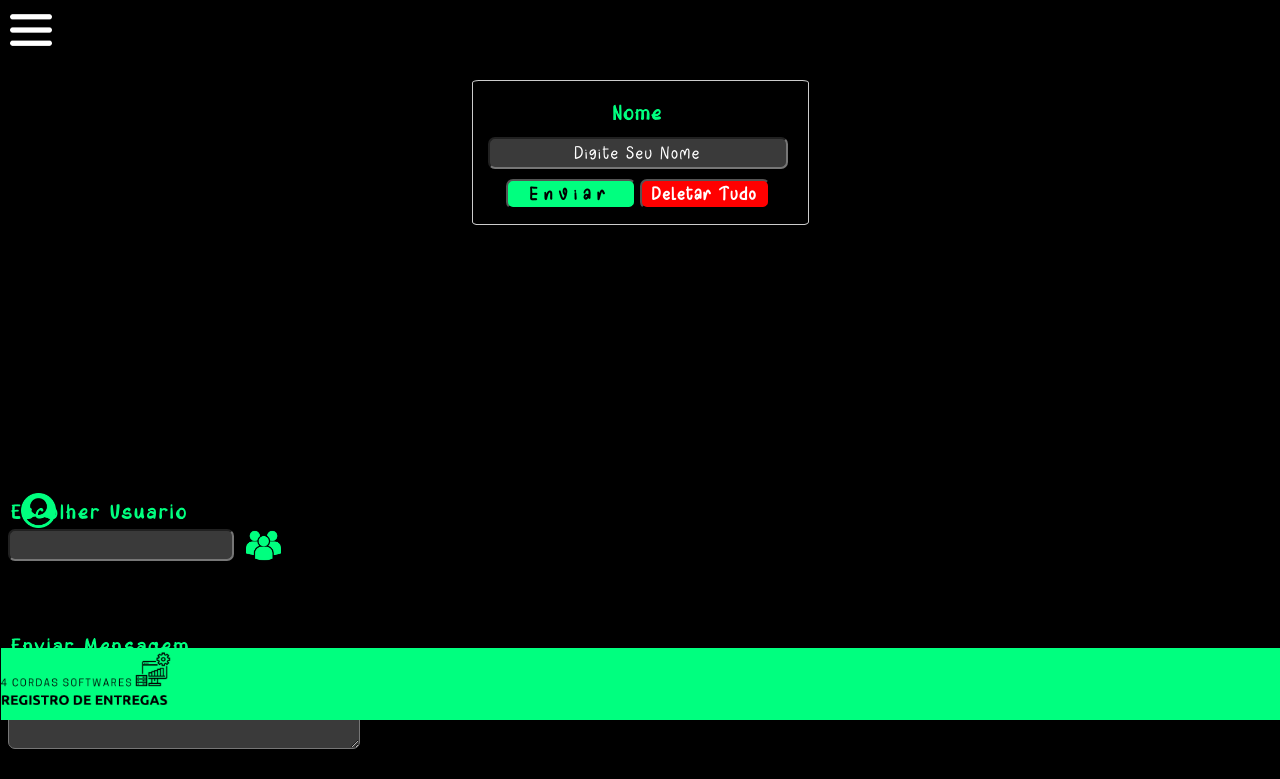
Repository: alfredo-allan/relatorioentregas
Page: pages/chatapp.html
An editor plug-in stored every save of this project. The page is shown before and after a run of saves, followed by the edit.
The browser window is 1280 px wide. The pictures show the whole page.
The page's requests for data from a server got no answer.

Above is the page before, as saved 2024-05-16 22:11:13.
Console error: TypeError: Cannot read properties of null (reading 'addEventListener')

### pages/chatapp.html
<!DOCTYPE html>
<html lang="pt-BR">
  <head>
    <meta charset="UTF-8" />
    <meta name="viewport" content="width=device-width, initial-scale=1.0" />
    <link rel="stylesheet" href="../style/mediaqueries.css" />
    <link rel="stylesheet" href="../style/styles.css" />
    <style>
      @media screen and (min-width: 800px) and (max-width: 2050px) {
        footer img {
          width: 170px;
          height: 60px;
        }
        /* Outros estilos específicos para resoluções entre 1900px e 3090px */
      }
      * {
        padding: 0;
      }

      footer {
        position: fixed;
        bottom: 0;
        width: 100%;
        background-color: #00ff7f;
        margin: 0;
        padding: 0;
        margin-left: -7px;
      }
      @media screen and (min-width: 300px) and (max-width: 600px) {
        footer {
          height: 6vh;
        }
      }

      @media screen and (min-width: 800px) and (max-width: 2050px) {
        #menu-options img {
          width: 206px;
          position: relative;
          margin: 13px;
          margin-top: -44px;
          border-bottom: 1px solid black; /* Adiciona uma linha preta na parte inferior da imagem */
        }
        #menu-options {
          width: 25%;
          height: 54vh;
        }
        footer {
          position: fixed;
          bottom: 0;
          width: 100%;
          background-color: #00ff7f;
          margin: 0;
          padding: 0;
          margin-left: -7px;
        }
      }
    </style>
    <link rel="icon" type="image/x-icon" href="../favicon.ico" />
    <title>ChatApp</title>
  </head>
  <body>
    <header id="ChatApp">
      <img id="menu-icon" src="../img/barra-de-menu.png" alt="" />
      <div id="menu-options">
        <ul>
          <span
            id="close-icon"
            style="
              color: black;
              position: absolute;
              line-height: 0;
              font-size: 30px;
              margin-top: -20px;
              cursor: pointer;
            "
            >X</span
          >
          <img src="../img/4 cordassof.png" alt="" />
          <br />
          <a href="../index.html"><li>Home</li></a>
          <a href="../cdsentregas.html"><li>Registrar Entrega</li></a>
          <a href="../pages/apagar.html"><li>Apagar Entrega</li></a>
          <a href="../pages/consultar.html"><li>Consultar Entregas</li></a>
          <a href="../pages/registrar.html"><li>Registar-Se</li></a>
          <a href="../pages/sobre.html"><li>Sobre a 4cordas</li></a>
          <a href="../pages/instrucao.html"><li>Ajuda</li></a>
        </ul>
      </div>
      <!-- <h1 id="textchat">Chat Entregas</h1> -->
      <!-- <img id="imgchat" src="../img/bater-papo.png" alt="" /> -->
    </header>
    <div id="myModal" class="modal">
      <div class="modal-content">
        <span class="close">&times;</span>
        <p>Mensagem Enviada Com Sucesso!</p>
      </div>
    </div>
    <div id="form">
      <div id="consulta" class="column">
        <span>Nome</span>
        <input id="nomeusuario" type="text" placeholder="Digite Seu Nome" />

        <div id="btns">
          <button id="enviarmsg">Enviar</button>
          <button id="delMsg">Deletar Tudo</button>
        </div>
      </div>
    </div>
    <div id="login">
      <br />
      <img id="utlizador" src="../img/do-utilizador.png" alt="" />
    </div>
    <span>Escolher Usuário</span>
    <ul></ul>
    <div id="usuarios"></div>
    <img id="multiUsu" src="../img/silhueta-de-multiplos-usuarios.png" alt="" />
    <br />
    <input id="lstUsu" type="text" />
    <div id="msgEnviar">
      <span>Enviar Mensagem</span> <br />
      <textarea
        placeholder="Enviar Menssagem Para Quem ?"
        id="enviarMsg"
        type="text"
      ></textarea>

      <!-- <img id="imgEnviarmsg" src="../img/enviar-mensagem.png" alt="" /> -->
    </div>
    <footer>
      <img src="../img/4 cordassof.png" alt="" />
    </footer>
    <script>
      const inputNomeUsuario = document.getElementById("nomeusuario");

      inputNomeUsuario.addEventListener("input", () => {
        const nomeUsuario = inputNomeUsuario.value;

        fetch(`http://192.168.10.20:8033/usuarios/${nomeUsuario}`)
          .then((response) => {
            if (response.ok) {
              return response.json();
            } else {
              throw new Error("Usuário não encontrado");
            }
          })
          .then((data) => {
            console.log("Usuário encontrado:", data);
          })
          .catch((error) => {
            console.error("Erro:", error);
          });
      });
    </script>

    // Adicione este script abaixo do botão 'Selecionar' no seu HTML

    <script>
      const buttonSelecionar = document.getElementById("ctsUsu");

      buttonSelecionar.addEventListener("click", () => {
        const nomeUsuario = document.getElementById("lstUsu").value;

        fetch(`http://192.168.10.20:8033/usuarios/${nomeUsuario}`)
          .then((response) => {
            if (response.ok) {
              return response.json();
            } else {
              throw new Error("Usuário não encontrado");
            }
          })
          .then((data) => {
            console.log("Destinatário encontrado:", data);
          })
          .catch((error) => {
            console.error("Erro:", error);
          });
      });
    </script>

    // Adicione este script abaixo do botão 'Enviar' no seu HTML

    <script>
      const buttonEnviar = document.getElementById("enviarmsg");

      buttonEnviar.addEventListener("click", () => {
        const sender = document.getElementById("nomeusuario").value;
        const recipient = document.getElementById("lstUsu").value;
        const message = document.getElementById("enviarMsg").value;

        fetch("http://192.168.10.20:8033/enviar-mensagem", {
          method: "POST",
          headers: {
            "Content-Type": "application/json",
          },
          body: JSON.stringify({
            sender_username: sender,
            recipient_username: recipient,
            message: message,
          }),
        })
          .then((response) => {
            if (response.ok) {
              console.log("Mensagem enviada com sucesso");
            } else {
              throw new Error("Erro ao enviar mensagem");
            }
          })
          .catch((error) => {
            console.error("Erro:", error);
          });
      });
    </script>
    <script>
      let isTyping = false;

      // Função para verificar se o usuário está digitando
      function checkTyping() {
        const inputField = document.getElementById("enviarMsg");
        inputField.addEventListener("input", () => {
          isTyping = inputField.value.length > 0;
        });
      }

      function monitorNewMessages() {
        const nomeUsuario = document.getElementById("nomeusuario").value;

        // Lógica para buscar novas mensagens do servidor e inserir no campo msgEnviar
        fetch(`http://192.168.10.20:8033/mensagens/${nomeUsuario}`)
          .then((response) => {
            if (response.ok) {
              return response.json();
            } else {
              throw new Error("Erro ao buscar novas mensagens");
            }
          })
          .then((data) => {
            const messages = data; // Não precisamos acessar data.messages, pois a resposta do servidor já é uma lista de mensagens
            const msgEnviar = document.getElementById("msgEnviar");
            msgEnviar.innerHTML = ""; // Limpar mensagens antigas antes de adicionar as novas

            messages.forEach((message) => {
              const p = document.createElement("p");
              p.textContent = message.message; // A mensagem está no campo "message" do objeto de mensagem
              msgEnviar.appendChild(p);
            });
          })
          .catch((error) => {
            console.error("Erro ao buscar novas mensagens:", error);
          });
      }

      document.addEventListener("DOMContentLoaded", () => {
        monitorNewMessages();
      });

      // Adicionar esta função para limpar o campo de entrada após o envio de mensagem
      function limparCampoDeMensagem() {
        document.getElementById("enviarMsg").value = "";
      }
    </script>
    <script src="../script.js"></script>
  </body>
</html>

### style/mediaqueries.css
@media screen and (min-width: 300px) and (max-width: 600px) {
  footer {
    bottom: 0;
    img {
      display: none;
    }
    /* Outros estilos específicos para resoluções entre 1900px e 3090px */
  }

  @media screen and (min-width: 800px) and (max-width: 2050px) {
    footer img {
      width: 170px;
      height: 60px;
    }
  }
}

  @media screen and (min-width: 800px) and (max-width: 2050px) {
    #close-icon {
      margin-left: 250px;
    }
  }


@media screen and (min-width: 300px) and (max-width: 600px) {
  footer {
    height: 6vh;
    margin: 0;
    padding: 0;
    margin-top: 174px;
    position: absolute;
    width: 100%;
    margin-left: -7px;
  }
  #menu-options img {
    margin-top: -40px;
    border-bottom: 1px solid black; /* Adiciona uma linha preta na parte inferior da imagem */
    width: 210px;
  }
  #close-icon {
    margin-left: 224px;
  }
}

### style/styles.css
:root {
  --las-americas: "Las-americas", sans-serif;
  --gribble-font: "Gribble";
  --helootwuins-font: "HelooTwuins";
  --verde--color: #00ff7f;
}

body {
  background-color: black;
}

@font-face {
  font-family: "Las-americas";
  src: url("../fonts/las_americas/LasAmericas_PERSONAL_USE_ONLY.otf")
    format("truetype");
  /* Adicione mais formatos (e.g. woff, woff2) conforme necessário */
}

@font-face {
  font-family: "Gribble";
  src: url("../fonts/gribble/Gribble.ttf") format("truetype");
  /* Adicione mais formatos (e.g. woff, woff2) conforme necessário */
}

@font-face {
  font-family: "HelooTwuins";
  src: url("../fonts/hello_twins/HelloTwinsDEMO.otf") format("truetype");
  /* Adicione mais formatos (e.g. woff, woff2) conforme necessário */
}

header {
  img {
    width: 42px;
    margin-right: 14px;
    text-wrap: nowrap;
  }
}

footer {
  width: 100%;
  height: 10vh;
  background-color: #00ff7f;
  margin: 0;
  padding: 0;
}

img #menu-icon {
  margin-right: 20px;
  margin-left: -1%;
}

#text-top {
  text-align: center;
  font-family: var(--las-americas);
  color: white;
  letter-spacing: 1.2px;
  margin-top: 30px;
  font-size: 40px;
}

#delivery {
  color: red;
  font-family: var(--gribble-font);
  letter-spacing: 3px;
  font-size: 25px;
  font-weight: 900;
  color: var(--verde--color);
}

.column {
  display: flex;
  flex-direction: column;
  align-items: center;
  padding: 10px 20px 15px 15px;
  border: 1px solid #ccc;
  border-radius: 2%;
  width: 300px;
  margin: 0 auto;
  margin-top: -100px;
}

#form {
  border-radius: 2%;
  margin-top: 110px;
  margin-bottom: 250px;
  span {
    color: #00ff7f;
    font-family: var(--gribble-font);
    font-size: 20px;
    letter-spacing: 2px;
    font-weight: 600;
  }
}

input {
  text-align: center;
  margin-bottom: 5px;
  padding: 5px;
  width: 100%;
  box-sizing: border-box;
  font-weight: 600;
  margin-bottom: 10px;
  background-color: rgba(255, 255, 255, 0.226);
  color: white;
  font-family: var(--helootwuins-font);
  letter-spacing: 2px;
  font-size: 18px;
  border-radius: 7px;
}

input::placeholder {
  text-align: center;
  color: white;
  font-family: var(--helootwuins-font);
  font-weight: 400;
  font-size: 18px;
}

button {
  width: 130px;
  height: 30px;
  border-radius: 2%;
  background-color: var(--verde--color);
  font-family: var(--helootwuins-font);
  font-size: 18px;
  letter-spacing: 7px;
  font-weight: 900;
  border-radius: 7px;
}

#confirmButton {
  margin-left: 8px;
  margin-right: 20px;
}

#menu-icon {
  cursor: pointer;
  margin: 15px;
  margin-left: 2px;
  margin-top: 1px;
}

#menu-options {
  text-wrap: nowrap;
  display: none;
  position: absolute;
  top: 0;
  left: 0;
  margin-top: 0px;
  width: 70%;
  height: 70vh;
  background-color: #00ff7f;
  color: white;
  font-family: var(--gribble-font);
  font-weight: 900;
  border-bottom-right-radius: 10%;
  color: black;
  letter-spacing: 2px;
  z-index: 999;
  li {
    margin-top: 3px;
  }
}

a {
  text-decoration: none; /* Remove o sublinhado */
  color: black;
}

#menu-options ul {
  list-style: none;
  padding: 0;
  margin-left: 10px;
  font-size: 20px;
  margin-top: 40px;
}

#menu-options ul li {
  padding: 10px;
  /* margin: 10px; */
  text-wrap: nowrap;
  /* border-bottom: 1px solid white; */
}

#modal {
  background: black;
  text-align: center;
}

.modal {
  display: none; /* Escondido por padrão */
  position: fixed;
  z-index: 1;
  left: 0;
  top: 0;
  width: 100%;
  height: 100%;
  overflow: auto;
  background-color: rgba(0, 0, 0, 0.4);
}

.modal-content {
  background-color: #fefefe;
  margin: 15% auto;
  padding: 20px;
  border: 2px solid #888;
  width: 80%;
  border-radius: 10px;
  background-color: black;
  p {
    margin-top: 30px;
    text-align: left;
    text-wrap: nowrap;
    font-family: var(--gribble-font);
    letter-spacing: 3px;
    font-weight: 600;
    font-size: 20px;
    color: var(--verde--color);
  }
}

.close {
  color: #aaa;
  float: right;
  font-size: 28px;
  font-weight: bold;
}

.close:hover,
.close:focus {
  color: black;
  text-decoration: none;
  cursor: pointer;
}

#data-list {
  margin: 0 auto;
  left: 50%;
  transform: translateX(-50%);
  margin: 0 auto;
  left: 50%;
  top: 60%;
  transform: translate(-50%, -50%);
  /* border: 1px solid var(--cor-azul); */
  color: var(--verde--color);
  border-radius: 5px;
  height: 340px;
  overflow-y: auto;
  position: absolute;
  z-index: -1;
  margin-top: 110px;
  margin-left: 0px;
  width: 336px;
  list-style: none;
  .name {
    font-family: var(--helootwuins-font);
    font-weight: 900;
    font-size: 20px;
    letter-spacing: 1px;
  }
  .item {
    font-family: var(--helootwuins-font);
    font-weight: 500;
    font-size: 20px;
    color: white;
    letter-spacing: 1px;
  }
}

#data-list {
  width: 340px;
  height: 180px;
  overflow: auto;
  /* border: 1px solid black; */
  /* scrollbar-color: var(--verde--color) var(--verde--color); */
}

#data-list img {
  width: 25px;
  margin-left: 15px;
  margin-right: 0px;
}

#data-list::-webkit-scrollbar {
  width: 10px; /* Largura da barra de rolagem */
}

#data-list::-webkit-scrollbar-thumb {
  background-color: white; /* Cor da barra de rolagem */
  border-radius: 5px; /* Raio de borda da barra de rolagem */
}

#texto-descritivo {
  text-align: justify;
  margin-top: 200px;
  position: fixed;
  font-family: var(--luthier-font);
  letter-spacing: 3px;
  line-height: 2;
  margin-right: 8px;
  font-weight: 900;
  color: var(--verde--color);
}

.name {
  font-family: var(--gribble-font);
  font-weight: 900;
  font-size: 17px;
}
.item {
  font-family: var(--helootwuins-font);
  font-weight: 500;
  font-size: 15;
  color: white;
}

#textchat {
  font-family: var(--las-americas);
  color: white;
  letter-spacing: 10px;
  margin-left: 10px;
  font-size: 40px;
  margin-top: 6px;
}

#imgchat {
  width: 60px;
  position: absolute;
  margin-left: 295px;
  margin-top: -60px;
}

#message {
  input {
    width: 220px;
  }
}

#login {
  width: 226px;
  margin-top: 50px;
  input {
    font-family: var(--gribble-font);
    letter-spacing: 3px;
  }
}

span {
  color: var(--verde--color);
  font-family: var(--gribble-font);
  font-size: 20px;
  padding: 3px;
  line-height: 2;
  letter-spacing: 3px;
  font-weight: 900;
}

#msgInput {
  width: 220px;
  height: 80px;
  background-color: rgba(255, 255, 255, 0.226);
  border-radius: 7px;
  font-family: var(--helootwuins-font);
  font-size: 17px;
  letter-spacing: 3px;
  color: var(--verde--color);
  font-weight: 600;
}

#enviarMsg {
  width: 350px;
  height: 80px;
  background-color: rgba(255, 255, 255, 0.226);
  border-radius: 7px;
  font-family: var(--helootwuins-font);
  font-size: 17px;
  letter-spacing: 3px;
  color: white;
  font-weight: 600;
}

#msgEnviar {
  margin-top: 60px;
}

#enviarMsg {
  letter-spacing: 3px;
  outline: none;
  font-size: 20px;
}

/* #enviarmsg {
  margin-top: 93px;
  position: absolute;
  margin-left: -330px;
} */

#delMsg {
  letter-spacing: 2px;
  background-color: red;
  color: white;
}

#imgEnviarmsg {
  width: 35px;
  margin-left: 11px;
  position: absolute;
}

#textRegister {
  font-family: var(--las-americas);
  color: white;
  letter-spacing: 3px;
  margin-top: 10px;
  text-align: center;
  letter-spacing: 3px;
}

#lstUsu {
  width: 226px;
  position: absolute;
  margin-top: -38px;
}

input#lstUsu {
  font-family: var(--gribble-font);
  letter-spacing: 3px;
}

#ctsUsu {
  position: absolute;
  margin-left: 0px;
  margin-top: 0px;
  line-height: 1px;
}

#utlizador {
  position: fixed;
  width: 35px;
  margin-left: 13px;
}

#msgEntrada {
  width: 35px;
  position: absolute;
  margin-left: 13px;
}

#multiUsu {
  position: absolute;
  width: 35px;
  margin-left: 238px;
  margin-top: -34px;
  margin-top: -21px;
}

#close-icon {
  color: black;
  position: absolute;
  line-height: 0; font-size: 30px;
  margin-top: -20px; cursor: pointer;
}

### script.js
const menuIcon = document.getElementById("menu-icon");
const menuOptions = document.getElementById("menu-options");
const closeIcon = document.getElementById("close-icon");

menuIcon.addEventListener("click", function () {
  if (menuOptions.style.display === "none") {
    menuOptions.style.display = "block";
  } else {
    menuOptions.style.display = "none";
  }
});

closeIcon.addEventListener("click", function () {
  menuOptions.style.display = "none";
});

//input data pagina index e registro
document.getElementById("data-entrega").value = new Date()
  .toISOString()
  .slice(0, 10);
var currentDate = new Date().toISOString().slice(0, 10);
var formattedDate = currentDate.split("-").reverse().join("/");
document.getElementById("data-entrega").value = formattedDate;
document.getElementById("data-entrega").addEventListener("input", formatarData);

After the next 2 saves:
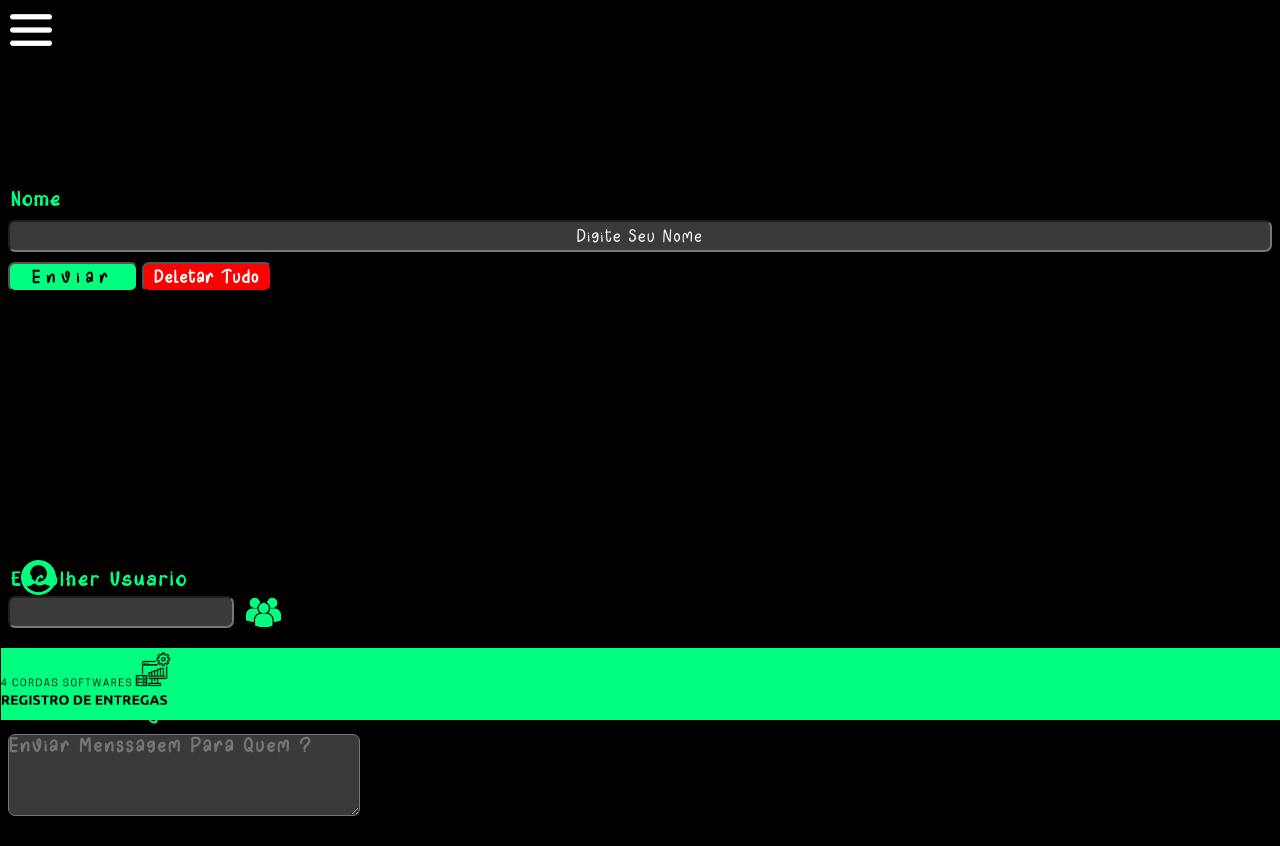
The 2 saves are shown as one change because they came seconds apart.
The last was saved 8 s later.
--- a/pages/chatapp.html
+++ b/pages/chatapp.html
@@ -96,7 +96,6 @@
       </div>
     </div>
     <div id="form">
-      <div id="consulta" class="column">
         <span>Nome</span>
         <input id="nomeusuario" type="text" placeholder="Digite Seu Nome" />
 
@@ -104,7 +103,7 @@
           <button id="enviarmsg">Enviar</button>
           <button id="delMsg">Deletar Tudo</button>
         </div>
-      </div>
+
     </div>
     <div id="login">
       <br />

After the save that followed:
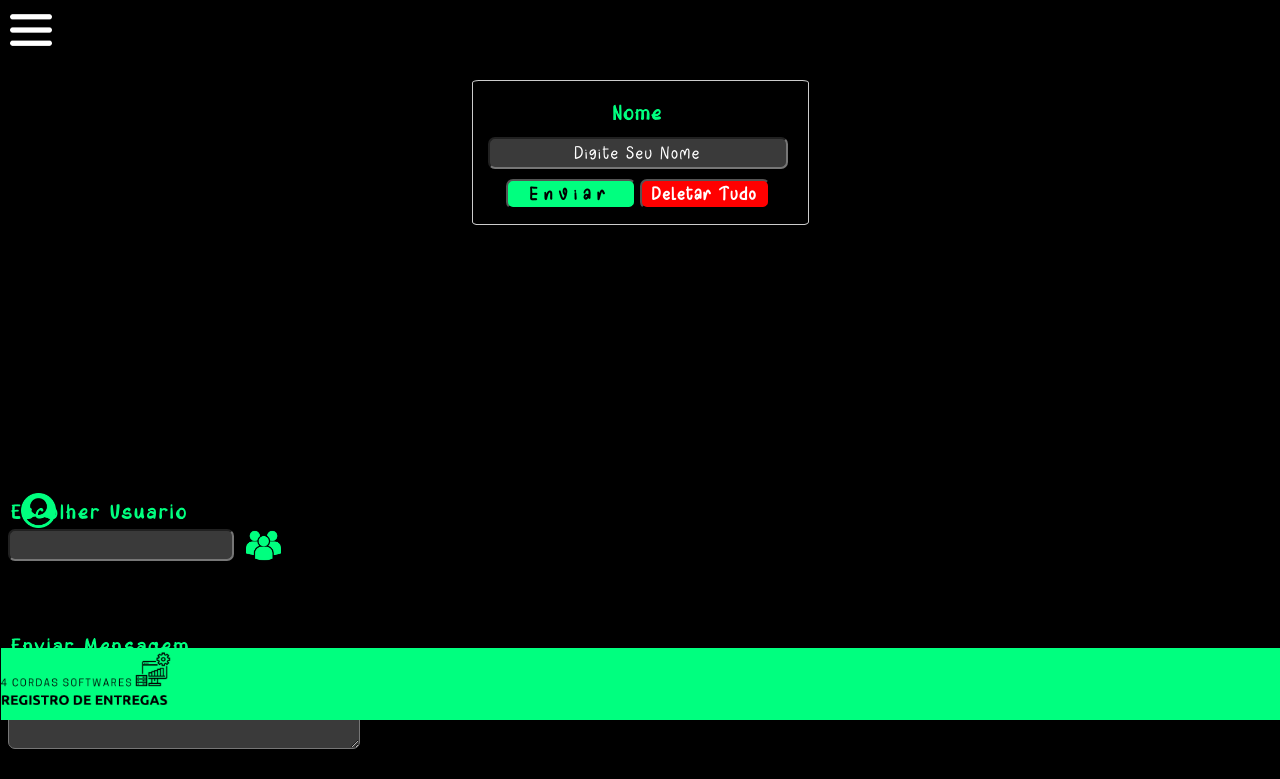
Saved 4 s later.
--- a/pages/chatapp.html
+++ b/pages/chatapp.html
@@ -96,6 +96,7 @@
       </div>
     </div>
     <div id="form">
+      <div id="consulta" class="column">
         <span>Nome</span>
         <input id="nomeusuario" type="text" placeholder="Digite Seu Nome" />
 
@@ -103,7 +104,7 @@
           <button id="enviarmsg">Enviar</button>
           <button id="delMsg">Deletar Tudo</button>
         </div>
-
+      </div>
     </div>
     <div id="login">
       <br />
